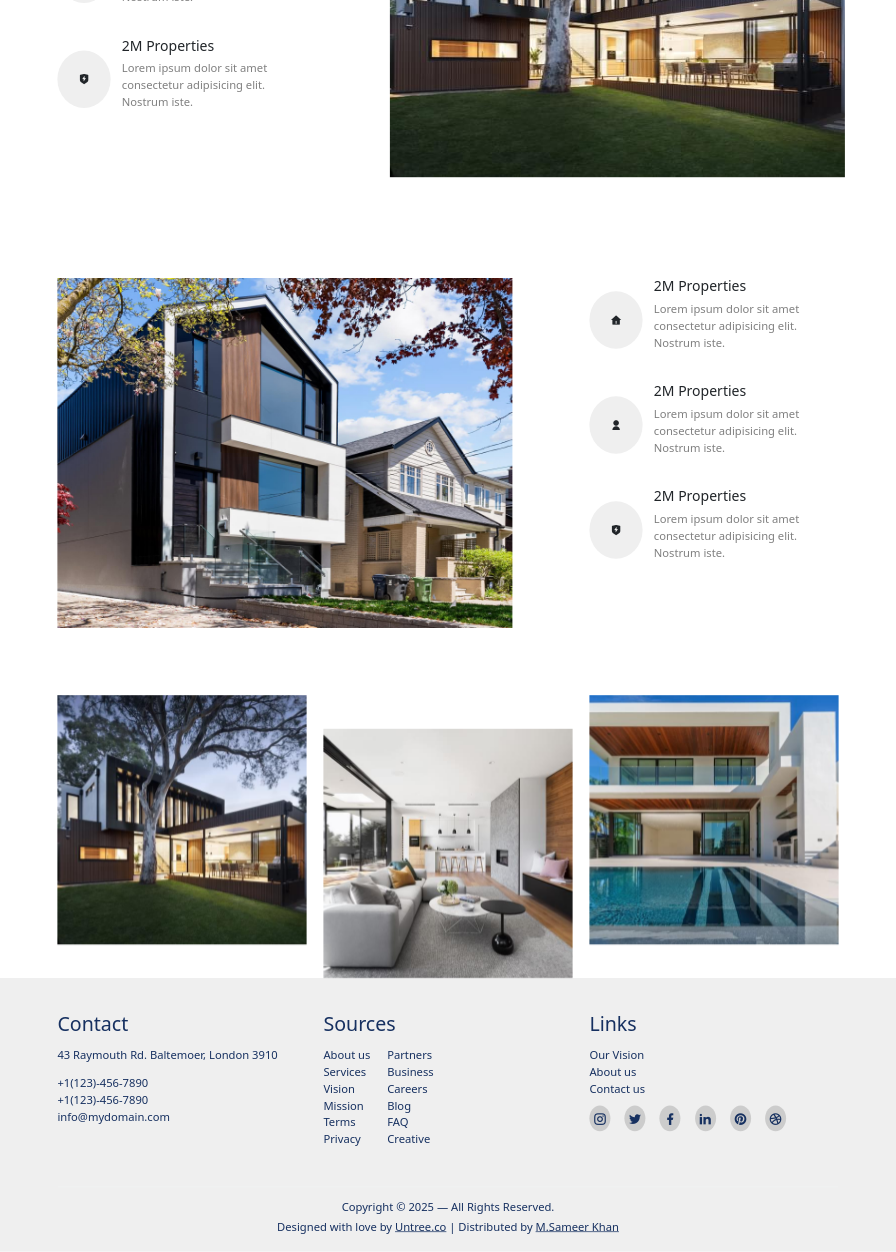
Repository: sameerrrrkhan911-git/Property
Page: about.html
An editor plug-in stored every save of this project. The page is shown before and after a run of saves, followed by the edit.
The browser window is 1280 px wide. The pictures show the part of the page from y = 1213 to 3133 px (the page is 3001 px tall before and 3133 px after), at 70% of full size.
Some web libraries are served in a nearby version.

Above is the page before, as saved 2025-09-28 18:45:47.
Console error: TypeError: Cannot read properties of undefined (reading 'length')

### about.html
<!DOCTYPE html>
<html lang="en">
<head>
    <meta charset="utf-8">
    <meta name="viewport" content="width=device-width, initial-scale=1">
    <title>Property</title>

    <!--====== LINKS ========-->
    <link href="https://cdn.jsdelivr.net/npm/bootstrap@5.3.8/dist/css/bootstrap.min.css" rel="stylesheet">
    <link
        href="https://fonts.googleapis.com/css2?family=Montserrat:wght@400;600&family=Open+Sans:wght@400;600&display=swap"
        rel="stylesheet">
    <link href="https://unpkg.com/aos@2.3.1/dist/aos.css" rel="stylesheet">
    <link href="https://cdn.jsdelivr.net/npm/remixicon@4.5.0/fonts/remixicon.css" rel="stylesheet">
    <link href="https://cdnjs.cloudflare.com/ajax/libs/tiny-slider/2.9.4/tiny-slider.css" rel="stylesheet">
    <link rel="stylesheet" href="assets/css/style2.css">
    <link rel="stylesheet" href="assets/css/style.css">

</head>
<body>

<!--=====HEADER=====-->
    <header>
        <section id="Right-Step">
            <div class="bg-holder overlay overlay-elixir">
            </div>

            <!-- Navbar -->
            <nav
                class="navbar navbar-expand-lg green-color p-3 mt-4 sticky-top position-absolute top-0 start-50 translate-middle-x w-75 rounded-3 shadow">
                <div class="container-fluid">
                    <!-- Brand -->
                    <a class="navbar-brand text-white fw-bold" href="#">Property</a>

                    <!-- Toggler for Mobile -->
                    <button class="navbar-toggler bg-light" type="button">
                        <span class="navbar-toggler-icon"></span>
                    </button>

                    <!-- Navbar Links -->
                    <div class="collapse navbar-collapse" id="navbarNavDropdown">
                        <ul class="navbar-nav ms-auto">
                            <li class="nav-item">
                                <a class="nav-link text-white active" aria-current="page" href="index.html">Home</a>
                            </li>
                            <li class="nav-item dropdown">
                                <a class="nav-link dropdown-toggle text-white" href="#" role="button"
                                    data-bs-toggle="dropdown" aria-expanded="false">
                                    Properties
                                </a>
                                <ul class="dropdown-menu">
                                    <li><a class="dropdown-item" href="#">Action</a></li>
                                    <li><a class="dropdown-item" href="#">Another action</a></li>
                                    <li><a class="dropdown-item" href="#">Something else here</a></li>
                                </ul>
                            </li>
                            <li class="nav-item"><a class="nav-link text-white" href="service.html">Service</a></li>
                            <li class="nav-item"><a class="nav-link text-white" href="about.html">About</a></li>
                            <li class="nav-item"><a class="nav-link text-white" href="contact.html">Contact Us</a></li>
                        </ul>
                    </div>
                </div>
            </nav>

            <!--/.bg-holder-->
            <div class="forbg py-5">
                <div class="container">

                    <div class="row justify-content-center align-items-center">
                        <div class="col-lg-9 text-center mt-5">
                            <h1 class="heading aos-init aos-animate white mt-3 fw-bold" data-aos="fade-up">About</h1>

                            <nav aria-label="breadcrumb" data-aos="fade-up" data-aos-delay="200"
                                class="aos-init aos-animate">
                                <ol class="breadcrumb text-center justify-content-center">
                                    <li class="breadcrumb-item"><a href="index.html" style="color: white;">Home</a></li>
                                    <li class="ms-2 me-2 text-white-50" aria-current="page">
                                        /
                                    </li>
                                    <li class="breadcrumb-item active text-white-50" aria-current="page">
                                        About
                                    </li>
                                </ol>
                            </nav>
                        </div>
                    </div>
                </div>
            </div><!-- end of .container-->
        </section>
    </header>

    <!--====MAIN====-->

    <main>

<div class="section">
      <div class="container">
        <div class="row text-left mb-5 py-5">
          <div class="col-12">
            <h2 class="font-weight-bold heading  mb-4">About Us</h2>
          </div>
          <div class="col-lg-6">
            <p class="text-black-50">
              Lorem ipsum dolor sit amet consectetur adipisicing elit. Numquam
              enim pariatur similique debitis vel nisi qui reprehenderit totam?
              Quod maiores.
            </p>
            <p class="text-black-50">
              Lorem ipsum dolor sit amet consectetur adipisicing elit. Magni
              saepe, explicabo nihil. Est, autem error cumque ipsum repellendus
              veniam sed blanditiis unde ullam maxime veritatis perferendis
              cupiditate, at non esse!
            </p>
            <p class="text-black-50">
              Enim, nisi labore exercitationem facere cupiditate nobis quod
              autem veritatis quis minima expedita. Cumque odio illo iusto
              reiciendis, labore impedit omnis, nihil aut atque, facilis
              necessitatibus asperiores porro qui nam.
            </p>
          </div>
          <div class="col-lg-6">
            <p class="text-black-50">
              Lorem ipsum dolor sit amet consectetur adipisicing elit. Magni
              saepe, explicabo nihil. Est, autem error cumque ipsum repellendus
              veniam sed blanditiis unde ullam maxime veritatis perferendis
              cupiditate, at non esse!
            </p>
            <p class="text-black-50">
              Enim, nisi labore exercitationem facere cupiditate nobis quod
              autem veritatis quis minima expedita. Cumque odio illo iusto
              reiciendis, labore impedit omnis, nihil aut atque, facilis
              necessitatibus asperiores porro qui nam.
            </p>
          </div>
        </div>
      </div>
    </div>

 <!--Lets find home that is perfect for you  -->

      <div class="section section-4  py-5">
        <div class="container">

          <div class="row justify-content-between mb-5 ">

            <div class="col-lg-7 mb-5 mb-lg-0 order-lg-2">
              <div class="img-about dots">
                <img src="./assets/images/img_2.jpg" alt="Image"  width="650px" height="500px">
              </div>
            </div>
            <div class="col-lg-4">
              <div class="d-flex align-items-center marginn">
                <span class="wrap-icon me-3">
                  <span class="icon-home2" style="border-radius: 50%; padding: 30px; background-color: #efefef;"><i
                      class="ri-home-4-fill"></i></span>
                </span>
                <div class="feature-text">
                  <h3 class="fs-5">2M Properties</h3>
                  <p class="text-black-50">
                    Lorem ipsum dolor sit amet consectetur adipisicing elit.
                    Nostrum iste.
                  </p>
                </div>
              </div>

              <div class="d-flex align-items-center marginn">
                <span class="wrap-icon me-3">
                  <span class="icon-home2" style="border-radius: 50%; padding: 30px; background-color: #efefef;"><i
                      class="ri-user-fill"></i></span>
                </span>
                <div class="feature-text">
                  <h3 class="fs-5">2M Properties</h3>
                  <p class="text-black-50">
                    Lorem ipsum dolor sit amet consectetur adipisicing elit.
                    Nostrum iste.
                  </p>
                </div>
              </div>

              <div class="d-flex align-items-center marginn">
                <span class="wrap-icon me-3">
                  <span class="icon-home2" style="border-radius: 50%; padding: 30px; background-color: #efefef;"><i
                      class="ri-shield-flash-fill"></i></span>
                </span>
                <div class="feature-text">
                  <h3 class="fs-5">2M Properties</h3>
                  <p class="text-black-50">
                    Lorem ipsum dolor sit amet consectetur adipisicing elit.
                    Nostrum iste.
                  </p>
                </div>
              </div>
            </div>

          </div>
        </div>
      </div>

<!--NUMBER # 2-->

<div class="section section-4  py-5">
  <div class="container">
    <div class="row justify-content-between mb-5">

      <!-- IMAGE COLUMN -->
      <div class="col-lg-7 mb-5 mb-lg-0">
        <div class="img-about dots">
          <img src="./assets/images/hero_bg_2.jpg" alt="Image" width="650px" height="500px">
        </div>
      </div>

      <!-- TEXT COLUMN -->
      <div class="col-lg-4">
        <div class="d-flex align-items-center marginn">
          <span class="wrap-icon me-3">
            <span class="icon-home2" style="border-radius: 50%; padding: 30px; background-color: #efefef;">
              <i class="ri-home-4-fill"></i>
            </span>
          </span>
          <div class="feature-text">
            <h3 class="fs-5">2M Properties</h3>
            <p class="text-black-50">
              Lorem ipsum dolor sit amet consectetur adipisicing elit.
              Nostrum iste.
            </p>
          </div>
        </div>

        <div class="d-flex align-items-center marginn">
          <span class="wrap-icon me-3">
            <span class="icon-home2" style="border-radius: 50%; padding: 30px; background-color: #efefef;">
              <i class="ri-user-fill"></i>
            </span>
          </span>
          <div class="feature-text">
            <h3 class="fs-5">2M Properties</h3>
            <p class="text-black-50">
              Lorem ipsum dolor sit amet consectetur adipisicing elit.
              Nostrum iste.
            </p>
          </div>
        </div>

        <div class="d-flex align-items-center marginn">
          <span class="wrap-icon me-3">
            <span class="icon-home2" style="border-radius: 50%; padding: 30px; background-color: #efefef;">
              <i class="ri-shield-flash-fill"></i>
            </span>
          </span>
          <div class="feature-text">
            <h3 class="fs-5">2M Properties</h3>
            <p class="text-black-50">
              Lorem ipsum dolor sit amet consectetur adipisicing elit.
              Nostrum iste.
            </p>
          </div>
        </div>
      </div>

    </div>
  </div>
</div>


<!-- NUMBER # 2 -->

<div class="section">
      <div class="container">
        <div class="row">
          <div class="col-md-4 aos-init aos-animate" data-aos="fade-up" data-aos-delay="0">
            <img src="./assets/images/img_2.jpg" alt="Image" class="img-fluid">
          </div>
          <div class="col-md-4 mt-lg-5 aos-init aos-animate" data-aos="fade-up" data-aos-delay="100">
            <img src="./assets/images/img-1.jpg" alt="Image" class="img-fluid">
          </div>
          <div class="col-md-4 aos-init aos-animate" data-aos="fade-up" data-aos-delay="200">
            <img src="./assets/images/img_3.jpg" alt="Image" class="img-fluid">
          </div>
        </div>

      </div>
    </div>

    </main>

<!-- FOOTER -->
<footer class="greyy py-5 pb-4 grey">

  <div class="container">
    <div class="row">

      <!-- Contact -->
      <div class="col-lg-4 col-md-6 mb-4">
        <h3 class="mb-3 font-color">Contact</h3>
        <address class="mb-3 font-color">43 Raymouth Rd. Baltemoer, London 3910</address>
        <ul class="list-unstyled">
          <li><a href="tel://11234567890" class=" text-decoration-none" style="color: #163060;">+1(123)-456-7890</a></li>
          <li><a href="tel://11234567890" class=" text-decoration-none" style="color: #163060;">+1(123)-456-7890</a></li>
          <li><a href="mailto:info@mydomain.com" class=" text-decoration-none" style="color: #163060;">info@mydomain.com</a></li>
        </ul>
      </div>

      <!-- Sources -->
      <div class="col-lg-4 col-md-6 mb-4">
        <h3 class="mb-3 font-color">Sources</h3>
        <div class="d-flex">
          <ul class="list-unstyled me-4">
            <li><a href="#" class="font-color text-decoration-none">About us</a></li>
            <li><a href="#" class="font-color text-decoration-none">Services</a></li>
            <li><a href="#" class="font-color text-decoration-none">Vision</a></li>
            <li><a href="#" class="font-color text-decoration-none">Mission</a></li>
            <li><a href="#" class="font-color text-decoration-none">Terms</a></li>
            <li><a href="#" class="font-color text-decoration-none">Privacy</a></li>
          </ul>
          <ul class="list-unstyled">
            <li><a href="#" class="font-color text-decoration-none">Partners</a></li>
            <li><a href="#" class="font-color text-decoration-none">Business</a></li>
            <li><a href="#" class="font-color text-decoration-none">Careers</a></li>
            <li><a href="#" class="font-color text-decoration-none">Blog</a></li>
            <li><a href="#" class="font-color text-decoration-none">FAQ</a></li>
            <li><a href="#" class="font-color text-decoration-none">Creative</a></li>
          </ul>
        </div>
      </div>

      <!-- Links & Social -->
      <div class="col-lg-4 col-md-12 mb-4">
        <h3 class="mb-3 font-color">Links</h3>
        <ul class="list-unstyled">
          <li><a href="#" class="font-color text-decoration-none">Our Vision</a></li>
          <li><a href="#" class="font-color text-decoration-none">About us</a></li>
          <li><a href="#" class="font-color text-decoration-none">Contact us</a></li>
        </ul>

        <!-- Social icons -->
        <div class="mt-3">
          <a href="#" class="font-color me-3 fs-5 roundd text-color dark-grey"><i class="ri-instagram-line"></i></a>
          <a href="#" class="font-color me-3 fs-5 roundd dark-grey" ><i class="ri-twitter-fill"></i></a>
          <a href="#" class="font-color me-3 fs-5 roundd dark-grey"><i class="ri-facebook-fill"></i></a>
          <a href="#" class="font-color me-3 fs-5 roundd dark-grey"><i class="ri-linkedin-fill"></i></a>
          <a href="#" class="font-color me-3 fs-5 roundd dark-grey"><i class="ri-pinterest-fill"></i></a>
          <a href="#" class="font-color fs-5 roundd dark-grey"><i class="ri-dribbble-line"></i></a>
        </div>
      </div>

    </div>

    <hr class="border-light">

    <!-- Copyright -->
    <div class="row">
      <div class="col-12 text-center">
        <p class="mb-1 font-color">
          Copyright © <script>document.write(new Date().getFullYear());</script> — All Rights Reserved.
        </p>
        <p class="mb-0 font-color">
          Designed with love by <a href="https://untree.co" class="font-color text-decoration-underline">Untree.co</a>
          | Distributed by <a href="https://themewagon.com/" target="_blank" class="font-color text-decoration-underline">M.Sameer Khan</a>
        </p>
      </div>
    </div>

  </div>

</footer>

  <!-- Bootstrap JS -->
  <script src="https://cdn.jsdelivr.net/npm/bootstrap@5.3.8/dist/js/bootstrap.bundle.min.js"></script>
  <!-- AOS JS -->
  <script src="https://unpkg.com/aos@2.3.1/dist/aos.js"></script>

  <script>
    AOS.init({
      duration: 1000,
      once: true
    });
  </script>

  <script src="https://cdnjs.cloudflare.com/ajax/libs/tiny-slider/2.9.4/min/tiny-slider.js"></script>

  <script>
    var slider = tns({
      container: '.property-slider',
      items: 3,
      slideBy: 1,
      autoplay: false,
      controls: true,
      nav: false,
      gutter: 20,
      controlsContainer: '.slider-controls',
      prevButton: '.prev',
      nextButton: '.next',
      responsive: {
        0: { items: 1 },
        768: { items: 2 },
        1200: { items: 3 }
      }
    });
  </script>

</body>
</html>

### assets/css/style.css
/* ==============================
   Root Variables
=================================*/
:root {
  --green-color: #005555;
   --heading-color: #2a3855;
}

.green-color {
  background-color: var(--green-color);
}

.green{
  color: var(--green-color);
}

.black{
  color: black;
}

.para{
  text-align: left;
}

.heading-color{
  color: var(--heading-color);
}

.z-9 {
  z-index: 9 !important;
}

.white {
  color: white;
}

.green-line{
   height: 2px;
  width: 120px;
 background-color: var(--green-color);
 margin-bottom: 10px;
}

.black-line{
   height: 2px;
  width: 80px;
 background-color: black;
 margin: 10px auto;
}

.white-bg{
  background-color: white;
}

.fs-6{
  font-size: 5px;
}

.marginn{
  margin-bottom: 30px;
}

.a{
  text-decoration: none;
}


.dark-grey{
  background-color: #cccccc;
}

.text-color{
  color: #909ba6;
}
/* ==============================
Header
=================================*/


/* Hero background */
.hero-header {
  background-image: url("../images/hero_bg_3.jpg") !important;
  background-repeat: no-repeat;
  background-position: center center;
  background-size: cover;
  min-height: 100vh;
  position: relative;
  display: flex;
  align-items: center;
}



/* Overlay */
.hero-header::before {
  content: "";
  position: absolute;
  top: 0;
  left: 0;
  width: 100%;
  height: 100%;
  background: rgba(0, 0, 0, 0.5);
  z-index: 0;
}

/* Keep hero text above overlay */
.hero {
  position: relative;
  z-index: 1;
}

/* White text */
.white {
  color: #fff !important;
}

/* Responsive adjustments */
@media (max-width: 768px) {
  nav.navbar {
    width: 90% !important;
    margin-top: 1rem !important;
    padding: 0.75rem 1rem !important;
  }

  .hero h1 {
    font-size: 1.75rem;
    line-height: 1.3;
  }

  .hero form {
    flex-direction: column !important;
    gap: 0.75rem;
  }

  .hero input {
    width: 100% !important;
  }

  .hero button {
    width: 100% !important;
  }
}

@media (max-width: 576px) {
  .hero h1 {
    font-size: 1.5rem;
  }
}

/* Popular properties */

.property-slider {
  overflow: hidden;
}

.property-item {
  background: #fff;
  border-radius: 8px;
  overflow: hidden;
}

.property-content {
  background: #fff;
  border-radius: 8px;
}

/* Features */

.features-1 {
    padding-top: 30px;
    position: relative;
    z-index: 8;
    text-align: center;
    background-color: rgba(0, 32, 74, 0.05);
}

/* ==========================
   Testimonials Section
========================== */

.sec-testimonials .heading {
  font-size: 2rem;
  font-weight: 700;
}

/* Prev/Next buttons */
#testimonial-nav {
  display: flex;
  gap: 10px;
}

#testimonial-nav span {
  cursor: pointer;
  font-size: 14px;
  color: #002855;
  background: #e9ecef;
  padding: 6px 14px;
  border-radius: 20px;
  transition: all 0.3s ease;
}

#testimonial-nav span:hover {
  background: #002855;
  color: #fff;
}

/* Testimonials layout */
.testimonial-slider {
  display: grid;
  grid-template-columns: repeat(auto-fit, minmax(300px, 1fr));
  gap: 40px;
  margin-top: 30px;
  text-align: center;
}

.testimonial {
  padding: 20px;
}

.testimonial img {
  width: 90px;
  height: 90px;
  object-fit: cover;
  margin-bottom: 15px;
  border: 3px solid #ddd;
}

.testimonial .rate {
  margin: 10px 0;
  font-size: 16px;
  color: #f1c40f;
}

.testimonial h3 {
  margin-bottom: 10px;
  font-size: 1.1rem;
  font-weight: 600;
}

.testimonial blockquote {
  font-style: italic;
  font-size: 0.95rem;
  color: #555;
  margin: 10px 0 15px;
}

.greyy{
  background-color: #efefef;
}

.testimonial p.text-muted {
  font-size: 0.85rem;
  color: #888;
}

.img-fluid {
   max-width: 100%;
    height: auto;
}

/* Call To Action */
.footer-cta {
  background: white ;
  padding: 50px;
}

.footer-cta .btn-primary {
  border-radius: 30px;
  font-size: 1.1rem;
  transition: all 0.3s ease;
}

.footer-cta .btn-primary:hover {
  background: #003f3f;
  transform: translateY(-3px);
  box-shadow: 0 6px 15px rgba(0,0,0,0.2);
}

/* Our Agents */
.section_1{
  background-color: #f8f9fa;
}

/* Agent Card */
.person {
  background: #fff;
  border-radius: 12px;
  padding: 60px 20px 30px;
  text-align: center;
  position: relative;
  box-shadow: 0 4px 20px rgba(0,0,0,0.05);
  transition: all 0.3s ease;
}

.person:hover {
  transform: translateY(-8px);
  box-shadow: 0 12px 30px rgba(0,0,0,0.1);
}

/* Profile Image */
.person img {
  width: 100px;
  height: 100px;
  object-fit: cover;
  border-radius: 50%;
  position: absolute;
  top: -50px;
  left: 50%;
  transform: translateX(-50%);
}

/* Text styling */
.person-contents h2 {
  margin-top: 60px;
  font-size: 1.2rem;
  font-weight: 600;
}

.person-contents .meta {
  font-size: 0.9rem;
  color: #6c757d;
  margin-bottom: 15px;
}

.person-contents p {
  font-size: 0.95rem;
  color: #555;
  margin-bottom: 20px;
}

/* Social icons */
.social a {
  display: inline-flex;
  justify-content: center;
  align-items: center;
  width: 40px;
  height: 40px;
  margin: 0 5px;
  border-radius: 50%;
  background: #002855;
  color: #fff;
  transition: all 0.3s ease;
  text-decoration: none;
}

.social a:hover {
  background: #005555;
}

h2 a {
  color: #000;
  text-decoration: none;
}

.roundd{

  border-radius: 50%;
  text-decoration: none;
  padding: 5px;
}

.font-color{
 color: #163060;
}

.forbg {
    height: 400px;
    background: linear-gradient(to bottom, rgba(0, 0, 0, 0.5), rgba(0, 0, 0, 0.5)), url(../images/hero_bg_1.jpg);
    background-size: cover;
    background-position: center;
}

a{
  text-decoration: none;
}

Loaded but not shown: assets/css/style2.css (library)

After the next 2 saves:
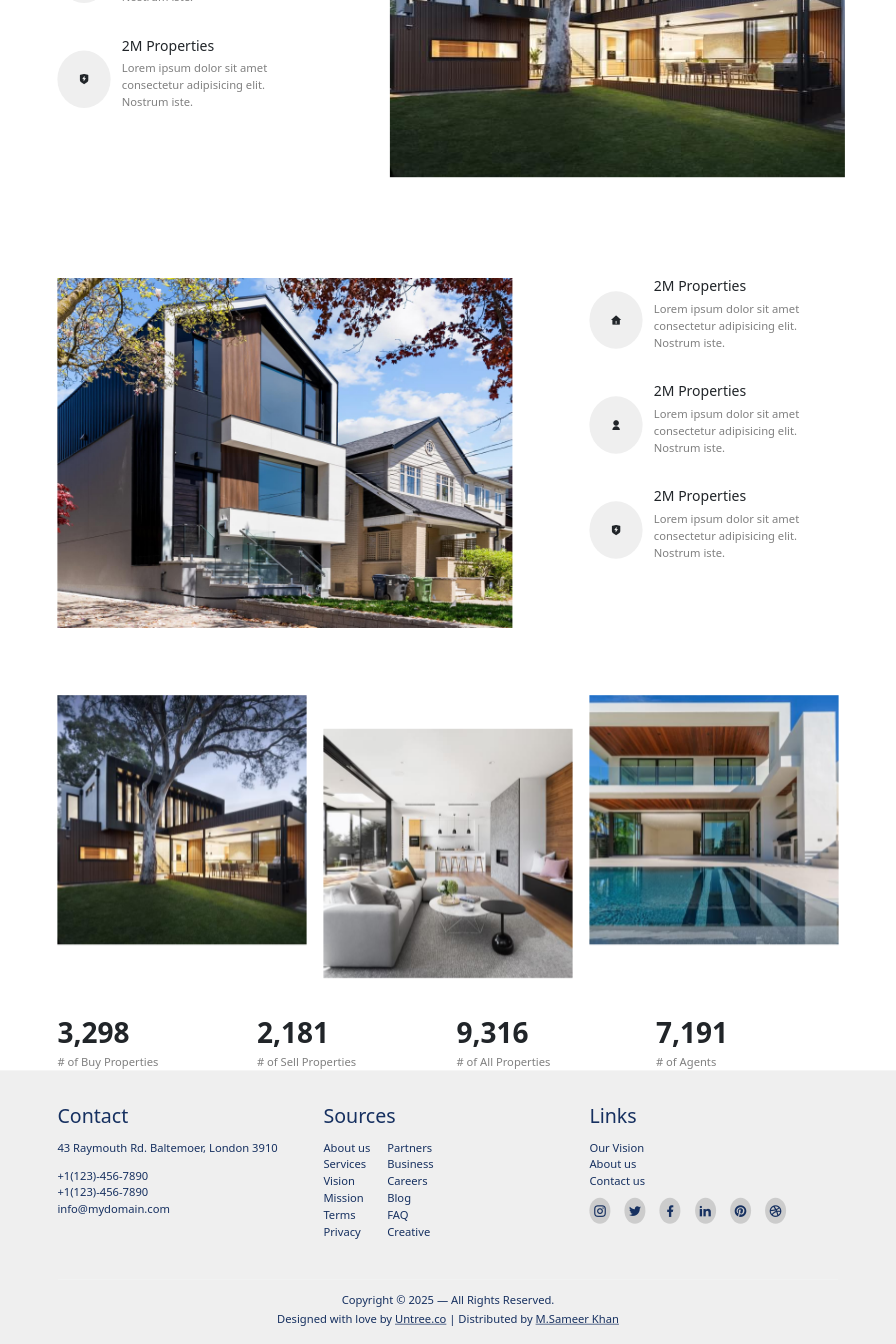
The 2 saves are shown as one change because they came seconds apart.
The last was saved 66 s later.
--- a/about.html
+++ b/about.html
@@ -278,6 +278,34 @@
           </div>
         </div>
 
+<div class="row section-counter mt-5 viewed">
+            <div class="col-6 col-sm-6 col-md-6 col-lg-3 aos-init aos-animate" data-aos="fade-up" data-aos-delay="300">
+              <div class="counter-wrap mb-5 mb-lg-0 d-flex flex-column">
+                <span class="number"><span class="countup fw-bold fs-1">3,298</span></span>
+                <span class="caption text-black-50"># of Buy Properties</span>
+              </div>
+            </div>
+            <div class="col-6 col-sm-6 col-md-6 col-lg-3 aos-init aos-animate" data-aos="fade-up" data-aos-delay="400">
+              <div class="counter-wrap mb-5 mb-lg-0 d-flex flex-column">
+                <span class="number"><span class="countup fw-bold fs-1">2,181</span></span>
+                <span class="caption text-black-50"># of Sell Properties</span>
+              </div>
+            </div>
+            <div class="col-6 col-sm-6 col-md-6 col-lg-3 aos-init aos-animate" data-aos="fade-up" data-aos-delay="500">
+              <div class="counter-wrap mb-5 mb-lg-0 d-flex flex-column">
+                <span class="number"><span class="countup fw-bold fs-1">9,316</span></span>
+                <span class="caption text-black-50"># of All Properties</span>
+              </div>
+            </div>
+            <div class="col-6 col-sm-6 col-md-6 col-lg-3 aos-init aos-animate" data-aos="fade-up" data-aos-delay="600">
+              <div class="counter-wrap mb-5 mb-lg-0 d-flex flex-column">
+                <span class="number"><span class="countup fw-bold fs-1">7,191</span></span>
+                <span class="caption text-black-50"># of Agents</span>
+              </div>
+            </div>
+          </div>
+        </
+
       </div>
     </div>
 
